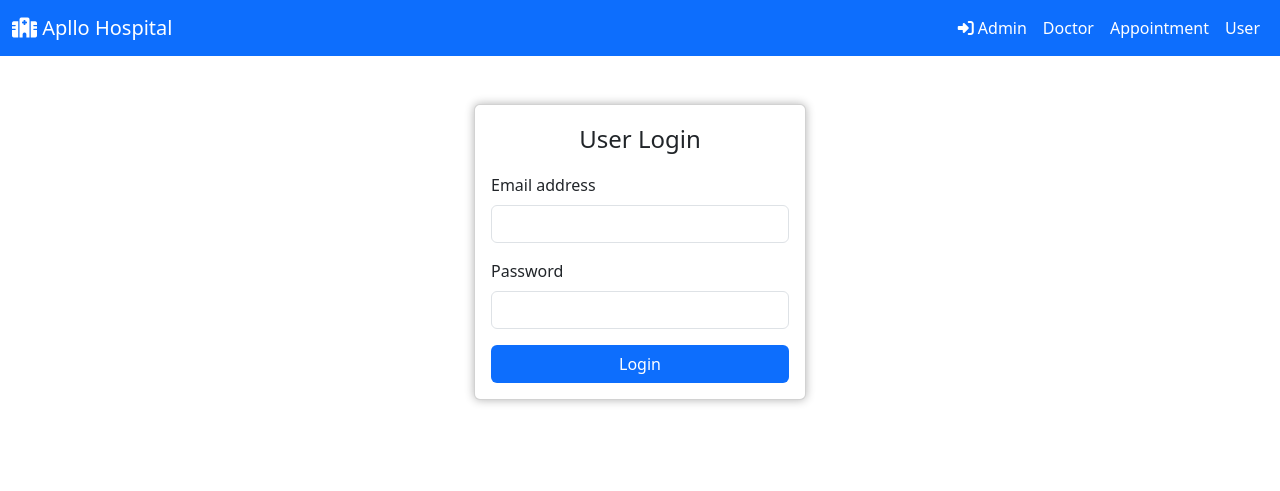
Repository: Subhadip09/Hospital-Management-System
Page: http://localhost/Hospital-Management-System/user_login.jsp
An editor plug-in stored every save of this project. The page is shown before and after the next save, followed by the edit.
The browser window is 1280 px wide. The pictures show the whole page.
The page is served by Tomcat 9. Other server files are loaded and not shown.

Above is the page before, as saved 2024-04-06 05:23:51.

### Hospital-Management-System/src/main/webapp/user_login.jsp
<%@ page language="java" contentType="text/html; charset=UTF-8"
	pageEncoding="UTF-8"%>
<!DOCTYPE html>
<html>
<head>
<meta charset="UTF-8">
<title>User Login Page</title>
<%@include file="component/allcss.jsp"%>

<style type="text/css">
.paint-card {
	box-shadow: 0 0 10px 0 rgba(0, 0, 0, 0.3);
}
</style>

</head>
<body>
	<%@include file="component/navbar.jsp"%>

	<div class="container p-5">
		<div class="row">
			<div class="col-md-4 offset-md-4">
				<div class="card paint-card">
					<div class="card-body">
						<p class="fs-4 text-center">User Login</p>

						<form action="#" method="post">
							<div class="mb-3">
								<label class="form-label">Email address</label> <input required
									name="email" type="email" class="form-control">
							</div>

							<div class="mb-3">
								<label class="form-label">Password</label> <input required
									name="password" type="password" class="form-control">
							</div>

							<button type="submit" class="btn bg-primary text-white col-md-12">Login</button>
						</form>
					</div>
				</div>
			</div>
		</div>
	</div>

</body>
</html>

### Hospital-Management-System/src/main/webapp/component/allcss.jsp
<link
	href="https://cdn.jsdelivr.net/npm/bootstrap@5.3.3/dist/css/bootstrap.min.css"
	rel="stylesheet"
	integrity="sha384-QWTKZyjpPEjISv5WaRU9OFeRpok6YctnYmDr5pNlyT2bRjXh0JMhjY6hW+ALEwIH"
	crossorigin="anonymous">

<link rel="stylesheet"
	href="https://cdnjs.cloudflare.com/ajax/libs/font-awesome/6.5.2/css/all.min.css"
	integrity="sha512-SnH5WK+bZxgPHs44uWIX+LLJAJ9/2PkPKZ5QiAj6Ta86w+fsb2TkcmfRyVX3pBnMFcV7oQPJkl9QevSCWr3W6A=="
	crossorigin="anonymous" referrerpolicy="no-referrer" />

<script
	src="https://cdn.jsdelivr.net/npm/bootstrap@5.3.3/dist/js/bootstrap.bundle.min.js"
	integrity="sha384-YvpcrYf0tY3lHB60NNkmXc5s9fDVZLESaAA55NDzOxhy9GkcIdslK1eN7N6jIeHz"
	crossorigin="anonymous"></script>

### Hospital-Management-System/src/main/webapp/component/navbar.jsp
<nav class="navbar navbar-expand-lg navbar-dark bg-primary">
	<div class="container-fluid">
		<a class="navbar-brand" href="index.jsp"><i class="fa-solid fa-hospital"></i> Apllo Hospital</a>
		<button class="navbar-toggler" type="button" data-bs-toggle="collapse"
			data-bs-target="#navbarSupportedContent"
			aria-controls="navbarSupportedContent" aria-expanded="false"
			aria-label="Toggle navigation">
			<span class="navbar-toggler-icon"></span>
		</button>
		<div class="collapse navbar-collapse" id="navbarSupportedContent">
			<ul class="navbar-nav ms-auto mb-2 mb-lg-0">

				<li class="nav-item"><a class="nav-link active"
					aria-current="page" href="admin_login.jsp"><i class="fa-solid fa-right-to-bracket"></i> Admin</a></li>

				<li class="nav-item"><a class="nav-link active"
					aria-current="page" href="doctor_login.jsp">Doctor</a></li>

				<li class="nav-item"><a class="nav-link active"
					aria-current="page" href="#">Appointment</a></li>

				<li class="nav-item"><a class="nav-link active"
					aria-current="page" href="user_login.jsp">User</a></li>


				<!-- <li class="nav-item dropdown"><a
					class="nav-link dropdown-toggle" href="#" role="button"
					data-bs-toggle="dropdown" aria-expanded="false"> Dropdown </a>
					<ul class="dropdown-menu">
						<li><a class="dropdown-item" href="#">Action</a></li>
						<li><a class="dropdown-item" href="#">Another action</a></li>
						<li><hr class="dropdown-divider"></li>
						<li><a class="dropdown-item" href="#">Something else here</a></li>
					</ul></li> -->


			</ul>
		</div>
	</div>
</nav>

After the next save:
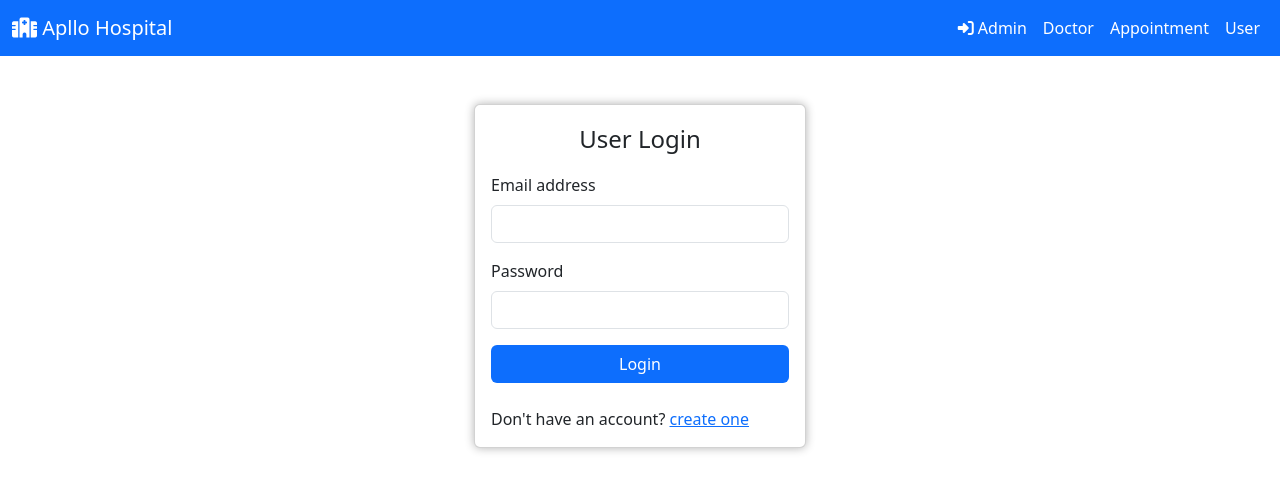
Saved 117 s later.
--- a/Hospital-Management-System/src/main/webapp/user_login.jsp
+++ b/Hospital-Management-System/src/main/webapp/user_login.jsp
@@ -37,6 +37,11 @@
 
 							<button type="submit" class="btn bg-primary text-white col-md-12">Login</button>
 						</form>
+
+						<br>
+						Don't have an account?
+						<a href="signup.jsp" class="clink">create one</a>
+
 					</div>
 				</div>
 			</div>
